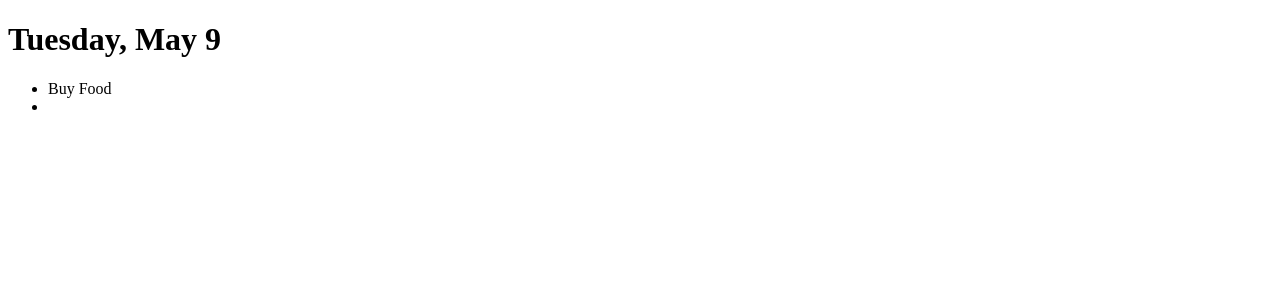
Repository: thecoachanna/todolist-v1
Page: http://localhost/
These files come from the project's save history. The page is drawn as it stood at one moment and after a run of saves; the edit follows.
The browser window is 1280 px wide. The pictures show the whole page.
The page is served by the project's Node server (app.js).

Above is the page before, as saved 2023-05-09 07:12:54.

### views/list.ejs
<!DOCTYPE html>
<html lang="en">

<head>
    <meta charset="UTF-8">
    <meta http-equiv="X-UA-Compatible" content="IE=edge">
    <meta name="viewport" content="width=device-width, initial-scale=1.0">
    <title>To-do List</title>
</head>

<body>
    <h1><%= kindOfDay %></h1>
    <ul>
        <li>Buy Food</li>
        <li></li>
    </ul>
</body>

</html>

### app.js
const express = require("express");
const bodyParser = require("body-parser");
const port = 3000

const app = express();

app.set('view engine', 'ejs');

app.get("/", (req, res) => {
  var today = new Date();

    var options = {
        weekday: 'long',
        day: 'numeric',
        month: 'long'
    }

    var day = today.toLocaleDateString('en-US', options)

  res.render("list", { kindOfDay: day });
});

app.listen(port, () => {
  console.log("Connected to server!");
});

After the next 4 saves:
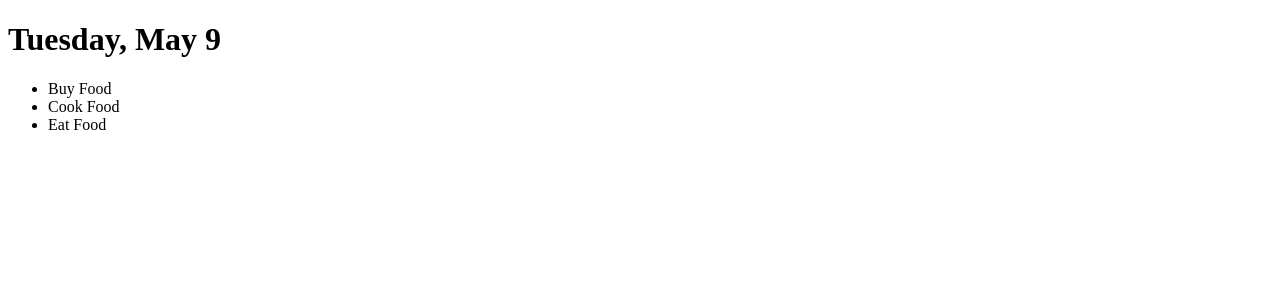
The 4 saves are shown as one change because they came seconds apart.
The last was saved 10 s later.
--- a/views/list.ejs
+++ b/views/list.ejs
@@ -12,7 +12,8 @@
     <h1><%= kindOfDay %></h1>
     <ul>
         <li>Buy Food</li>
-        <li></li>
+        <li>Cook Food</li>
+        <li>Eat Food</li>
     </ul>
 </body>
 
